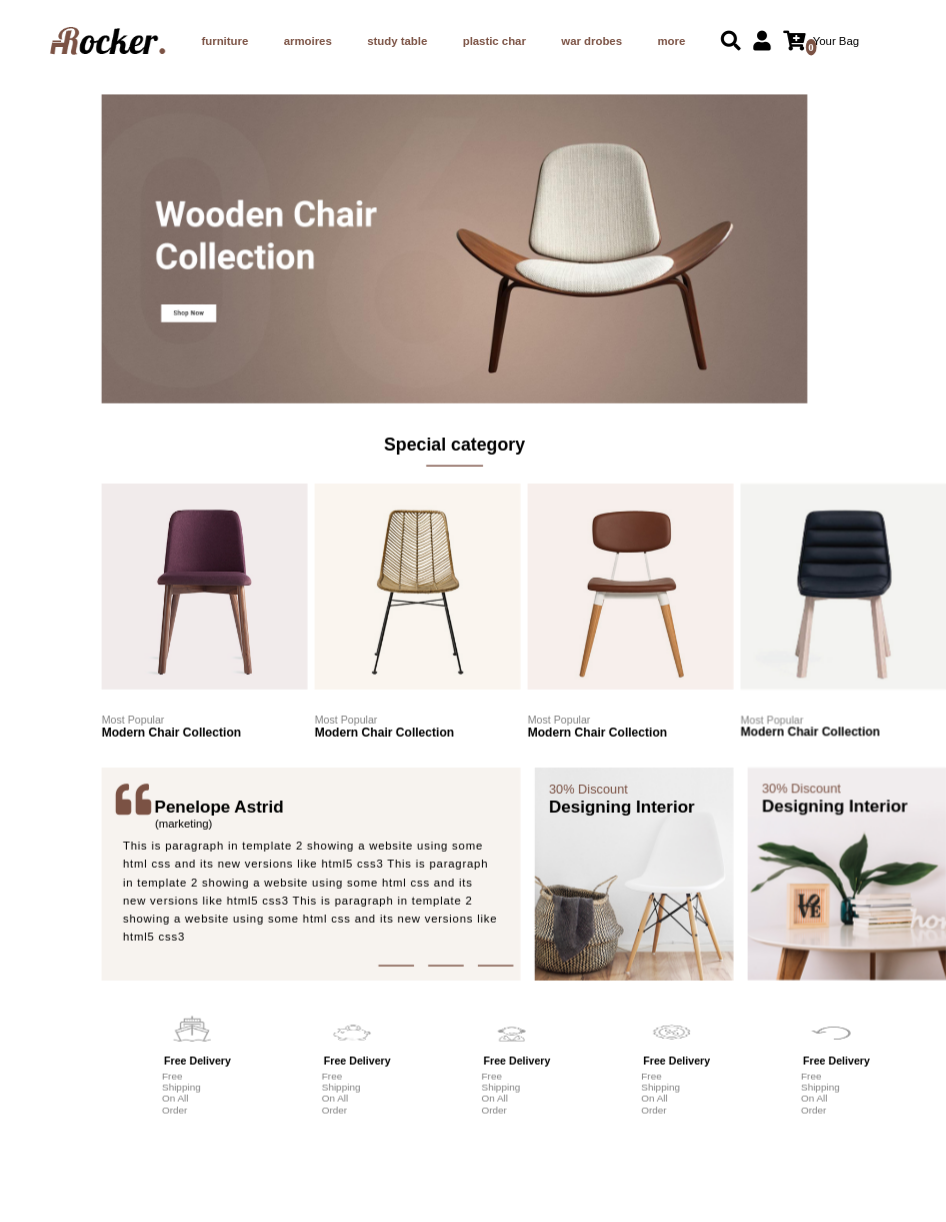
Repository: Ahmed123rezk123/p2-template
Page: index.html
The author's editor kept a copy of each file at every save. The page is drawn from the files as they stood at one save, then again after the next save.
The browser window is 1280 px wide. The page is 1333 px wide, so the pictures cover 1333 px, including what lies to the right of the window. The pictures show the whole page, at 71% of full size.

Above is the page before, as saved 2024-01-24 23:13:44.

After the next save:
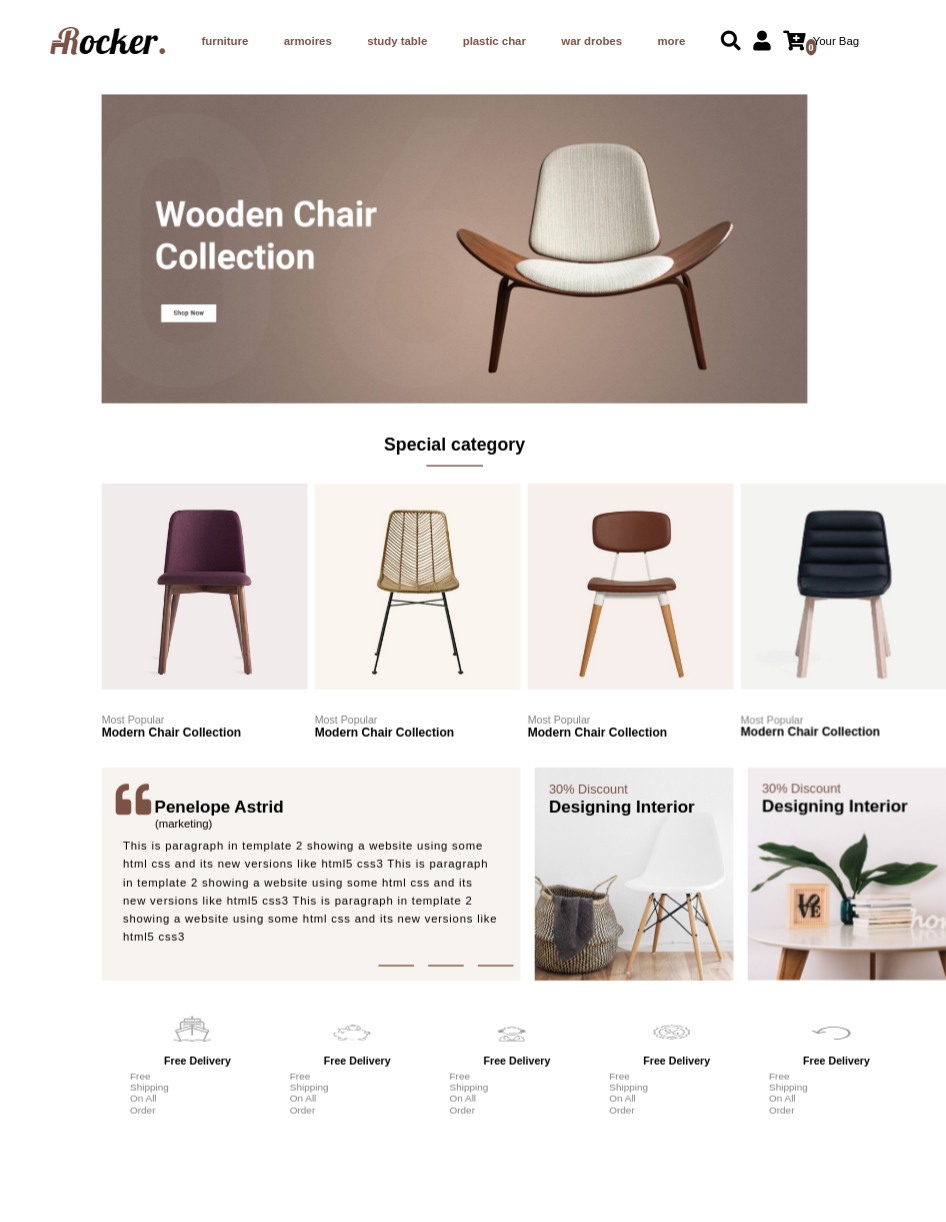
Saved 5 s later.
--- a/css/style.css
+++ b/css/style.css
@@ -381,7 +381,7 @@ left: 260px;
     .section2 .container .parent1 .parent2 .div5-1 span  {
 display: flex;
         flex-wrap: nowrap;
-        /* margin-left: -45px; */
+        margin-left: -45px;
          margin-right: 100px;
         color: gray;
         font-size: 14px;
